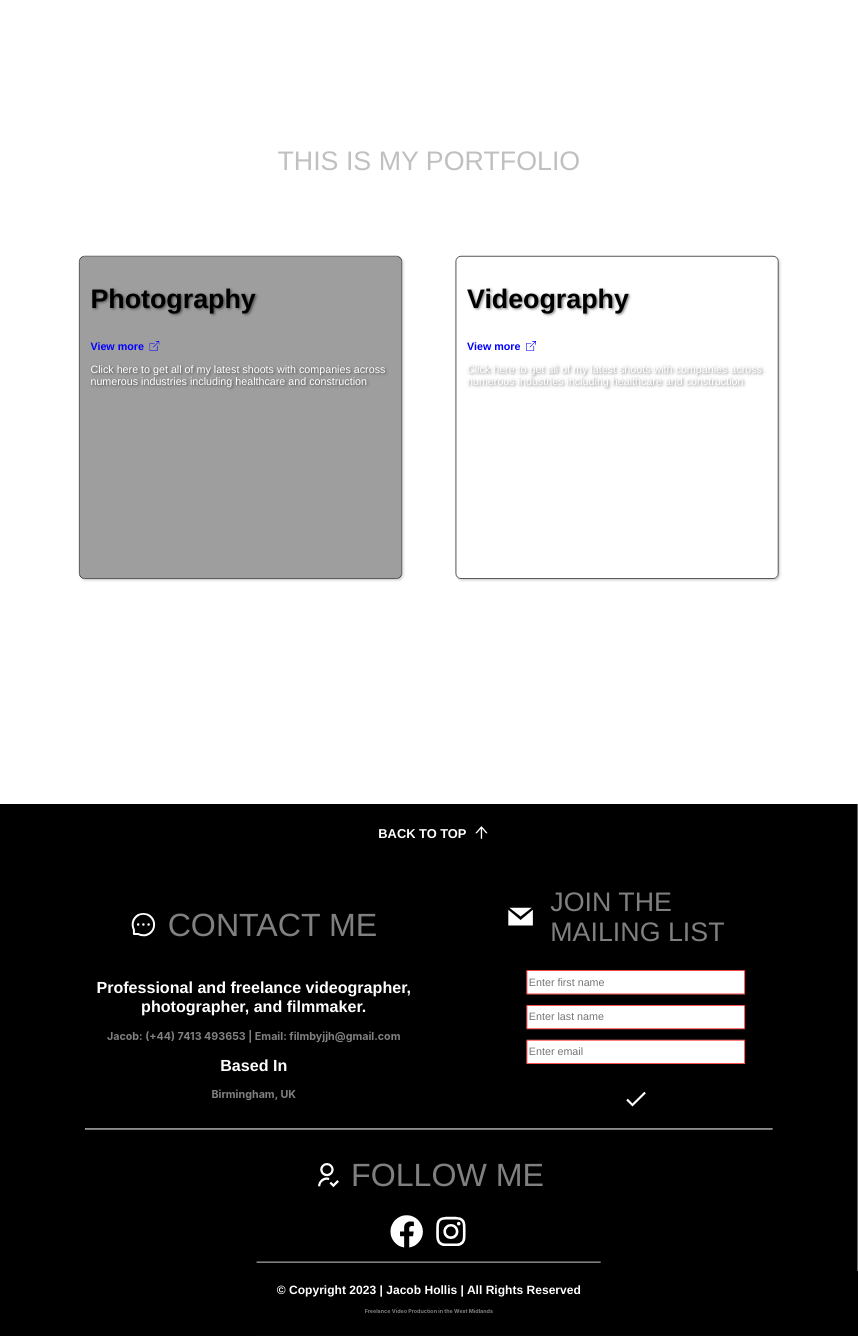
Repository: ThomasMTurner/filmbyjjh-portfolio
Page: /portfolio (app in client/)
An editor plug-in stored every save of this project. The page is shown before and after the next save, followed by the edit.
The browser window is 1280 px wide. The pictures show the whole page, at 67% of full size.
Pictures or frames that could not be fetched are drawn as grey boxes. The project was rebuilt for these pictures with package versions that can differ from the ones it lists, and the page was loaded fresh each time. Also part of the build but not shown: client/vite.config.js, client/src/pages/Components/TagComponents.jsx, client/src/pages/Components/Post.jsx, client/src/pages/Components/SearchBar.jsx, client/src/pages/Updates.jsx, client/src/pages/Contact.jsx, client/src/pages/Components/InitialLogin.jsx, client/src/pages/Home.jsx and 2 more. Imported but missing from the stored project, and not drawn on this page: client/src/pages/Components/Videos/header.mp4, client/src/pages/Components/Videos/portfolio-reel.mp4.

Above is the page before, as saved 2023-10-20 13:05:30.

After the next save:
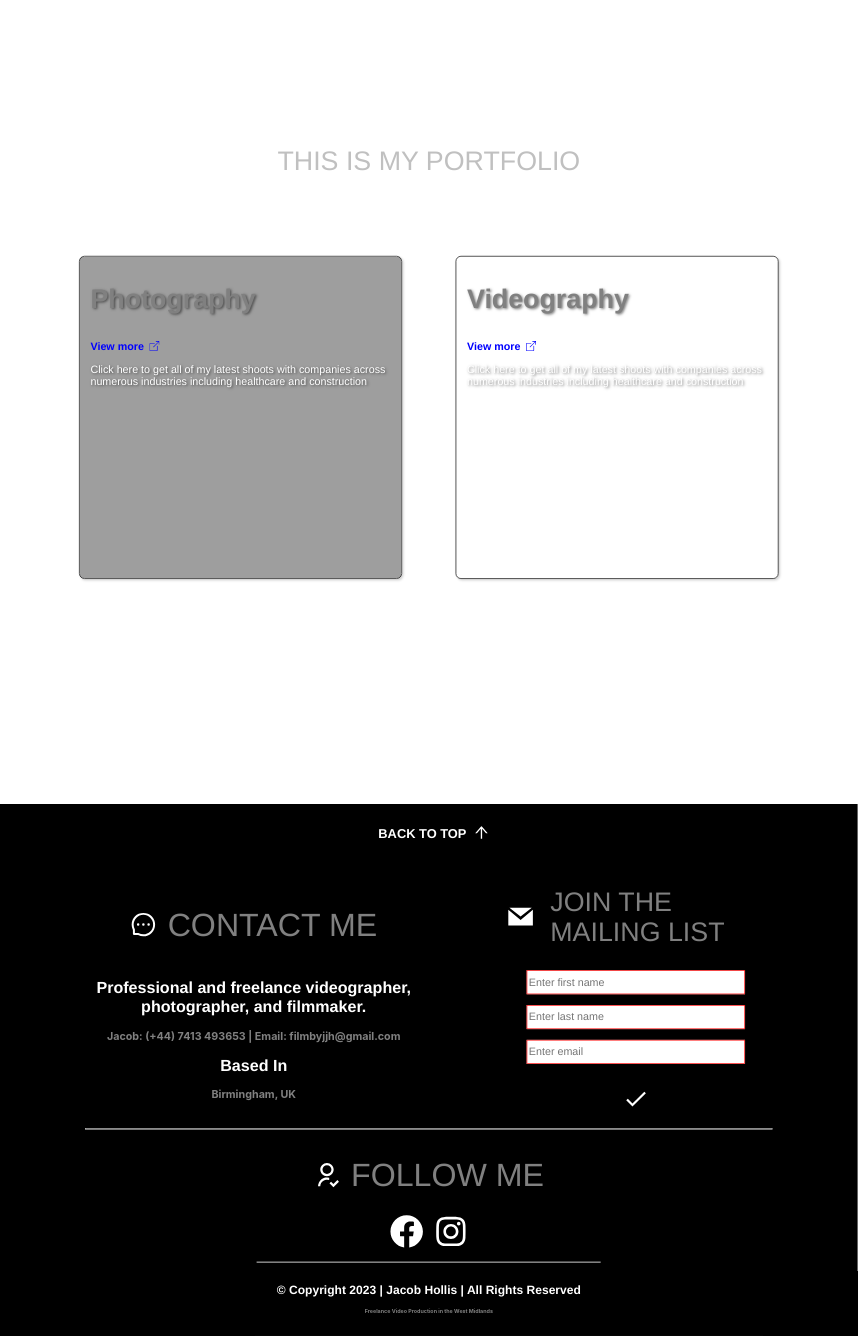
Saved 8 s later.
--- a/client/src/pages/Portfolio.jsx
+++ b/client/src/pages/Portfolio.jsx
@@ -6,7 +6,7 @@
     console.log(props.title.toLowerCase().slice(0, 5))
     return (
         <div className={`portfolio-card portfolio-card-${props.title.toLowerCase()}`}>
-            <p style={{fontFamily:'helvetica', fontWeight:'bold', fontSize:'2.5rem', color:'black'}}>{props.title}</p>
+            <p style={{fontFamily:'helvetica', fontWeight:'bold', fontSize:'2.5rem', color:'gray'}}>{props.title}</p>
             <button className='portfolio-card-button' type="button" onClick={() => navigate(`/portfolio/${props.title.toLowerCase().slice(0, 5)}`)}>View more <BsBoxArrowUpRight color={'blue'} size={15} /></button>
             <p style={{fontFamily:'helvetica', fontWeight:'200', fontSize:'1rem'}}>{props.desc}</p>
         </div>

After the save that followed:
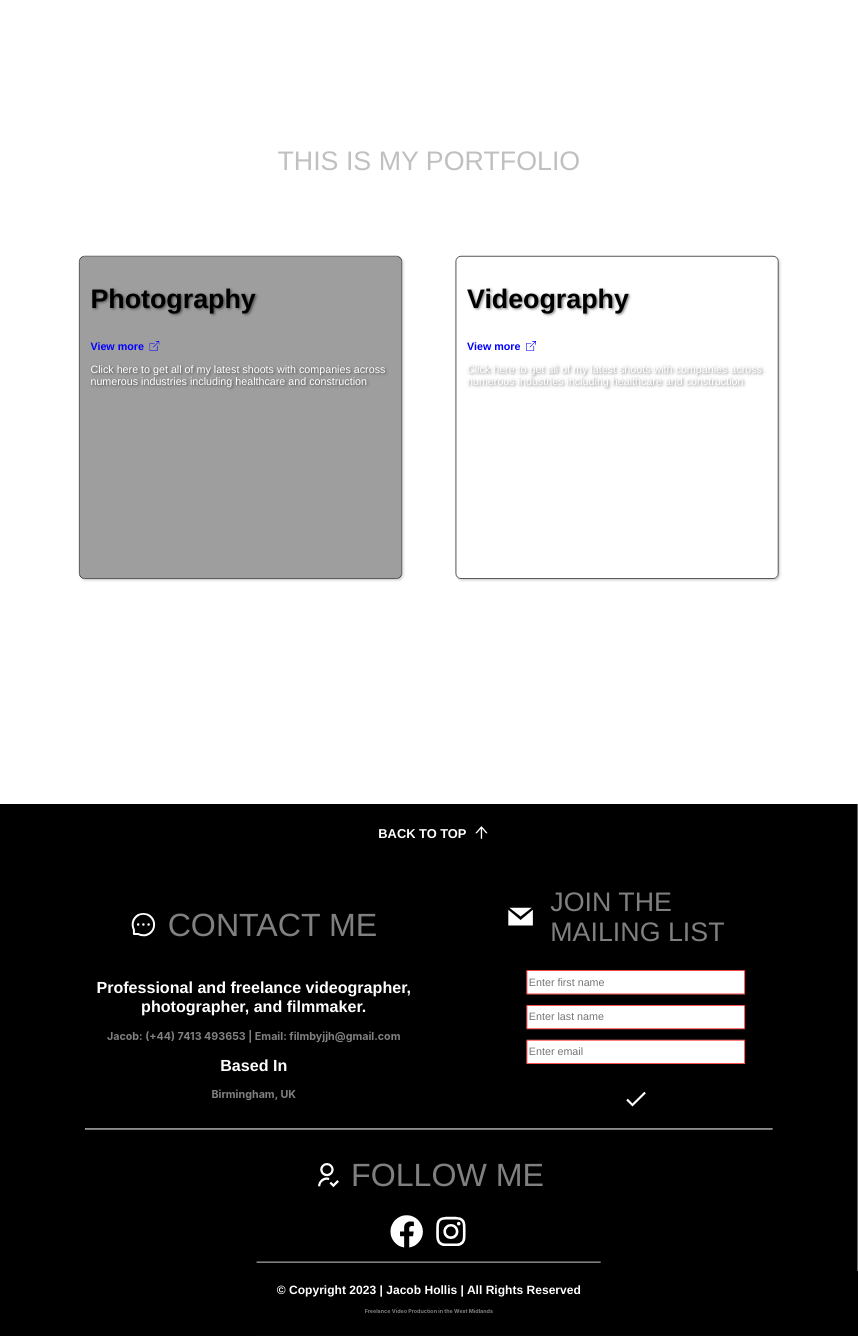
Saved 6 s later.
--- a/client/src/pages/Portfolio.jsx
+++ b/client/src/pages/Portfolio.jsx
@@ -6,7 +6,7 @@
     console.log(props.title.toLowerCase().slice(0, 5))
     return (
         <div className={`portfolio-card portfolio-card-${props.title.toLowerCase()}`}>
-            <p style={{fontFamily:'helvetica', fontWeight:'bold', fontSize:'2.5rem', color:'gray'}}>{props.title}</p>
+            <p style={{fontFamily:'helvetica', fontWeight:'bold', fontSize:'2.5rem', color:'black'}}>{props.title}</p>
             <button className='portfolio-card-button' type="button" onClick={() => navigate(`/portfolio/${props.title.toLowerCase().slice(0, 5)}`)}>View more <BsBoxArrowUpRight color={'blue'} size={15} /></button>
             <p style={{fontFamily:'helvetica', fontWeight:'200', fontSize:'1rem'}}>{props.desc}</p>
         </div>
